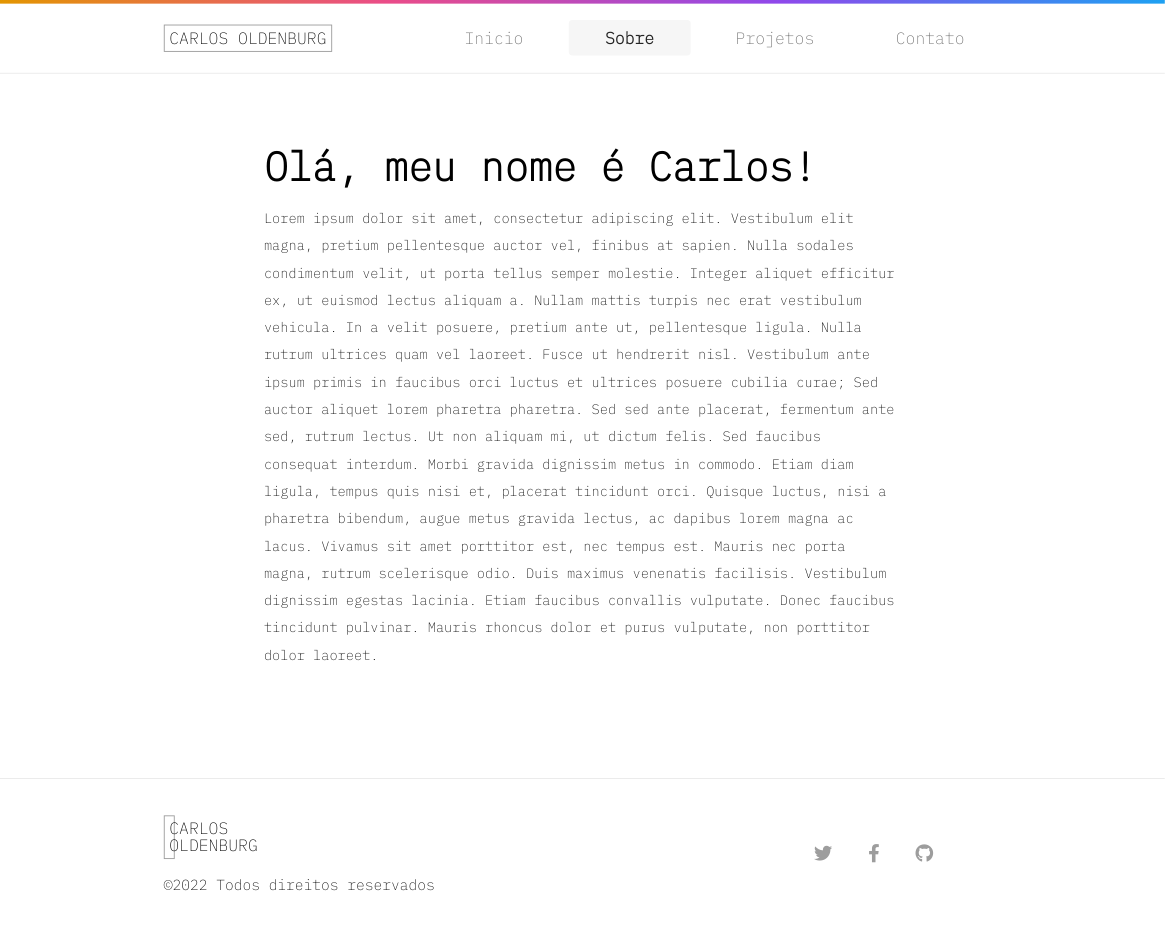
Repository: Carolden/PortfolioCrie
Page: sobre.html
An editor plug-in stored every save of this project. The page is shown before and after the next save, followed by the edit.
The browser window is 1280 px wide. The pictures show the whole page, at 91% of full size.

Above is the page before, as saved 2023-05-24 10:14:18.

After the next save:
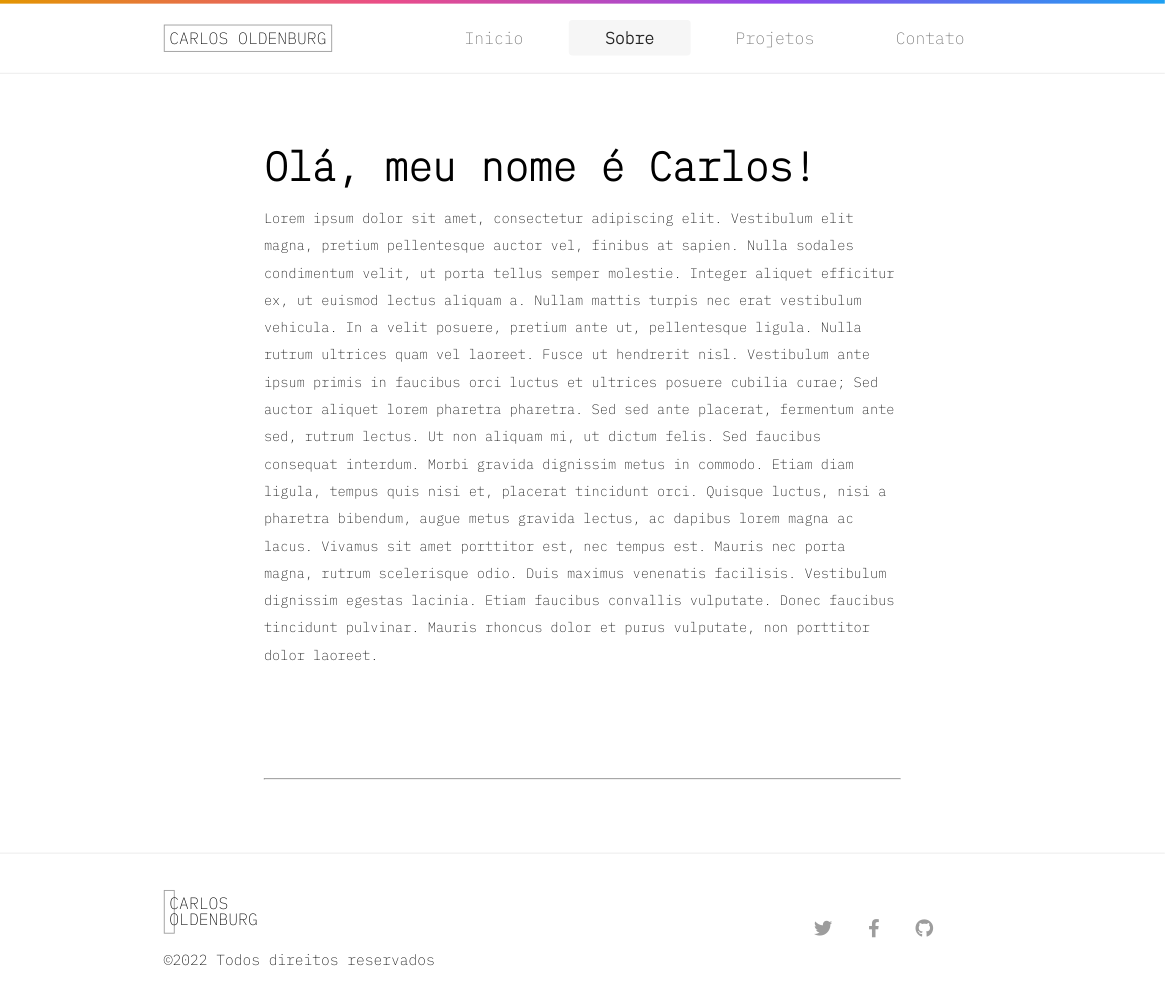
Saved 33 s later.
--- a/sobre.html
+++ b/sobre.html
@@ -62,10 +62,9 @@
 
         </div>
 
-
-
     </section>
 
+    <hr class="hr">
 
 
 
